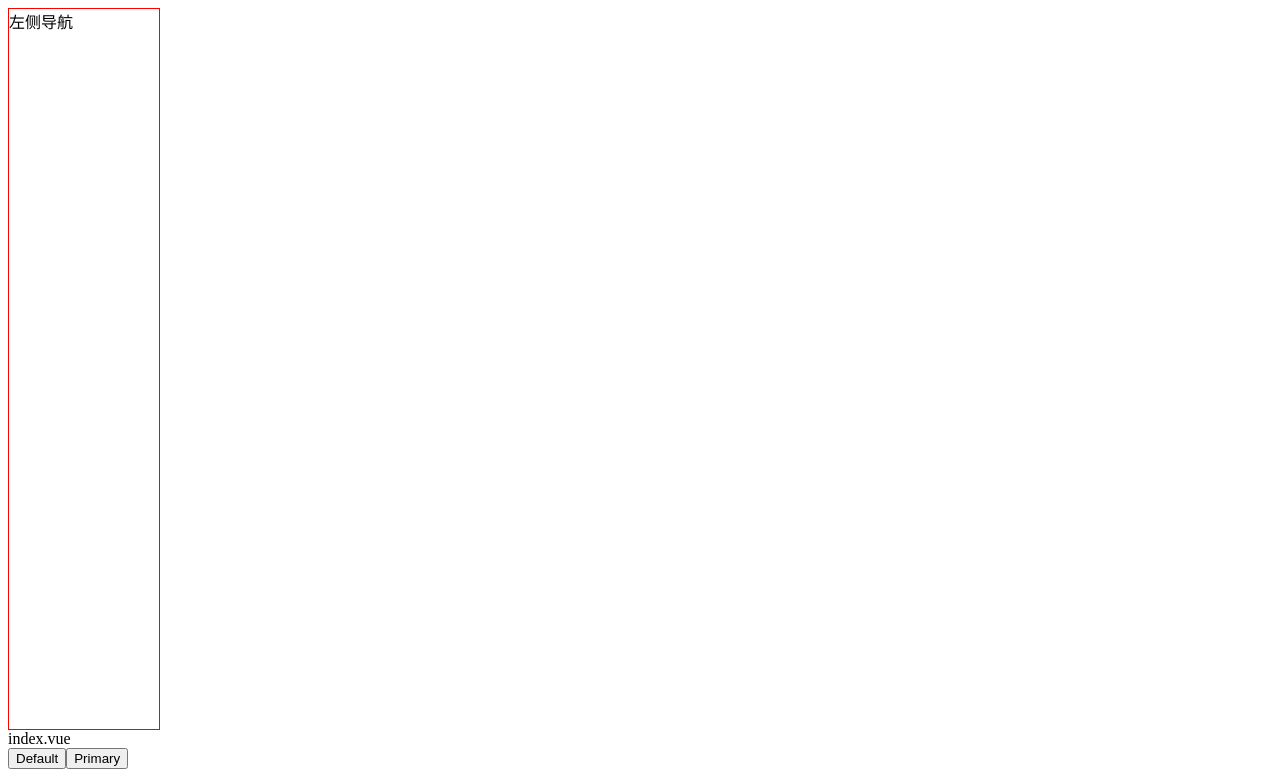
Repository: hanjinning/basicVueProject
Page: /
These files come from the project's save history. The page is drawn as it stood at one moment and after the next save; the edit follows.
The browser window is 1280 px wide. The pictures show the whole page.
The page's requests for data from a server got no answer. The project was rebuilt for these pictures with package versions that can differ from the ones it lists, and the page was loaded fresh each time. No one was signed in, and anything a server would have sent is missing. Also part of the build but not shown: vue.config.js, src/components/HelloWorld.vue, src/views/Home.vue.

Above is the page before, as saved 2021-03-18 10:52:44.

After the next save:
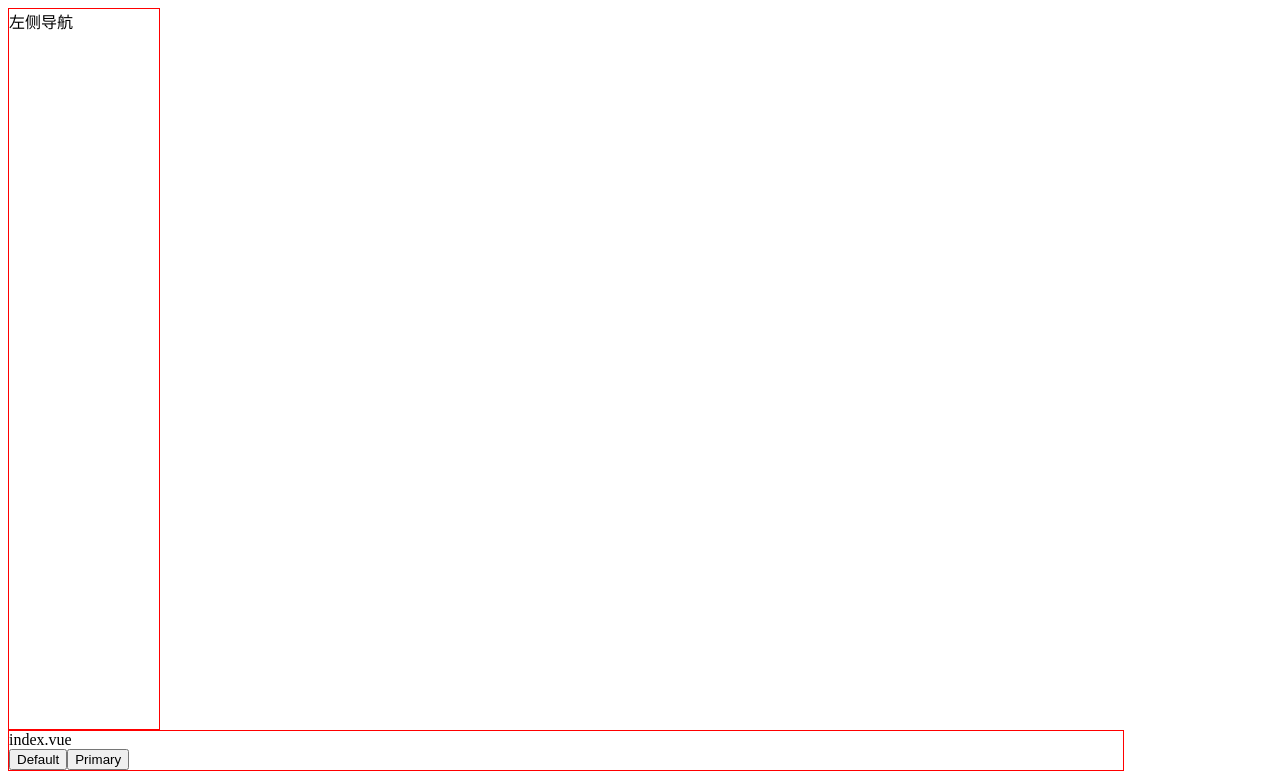
Saved 6 s later.
--- a/src/views/index.vue
+++ b/src/views/index.vue
@@ -9,5 +9,6 @@
 <style lang="scss" scoped>
 #index{
     width: calc(100% - 150px);
+    border: 1px solid red
 }
 </style>
